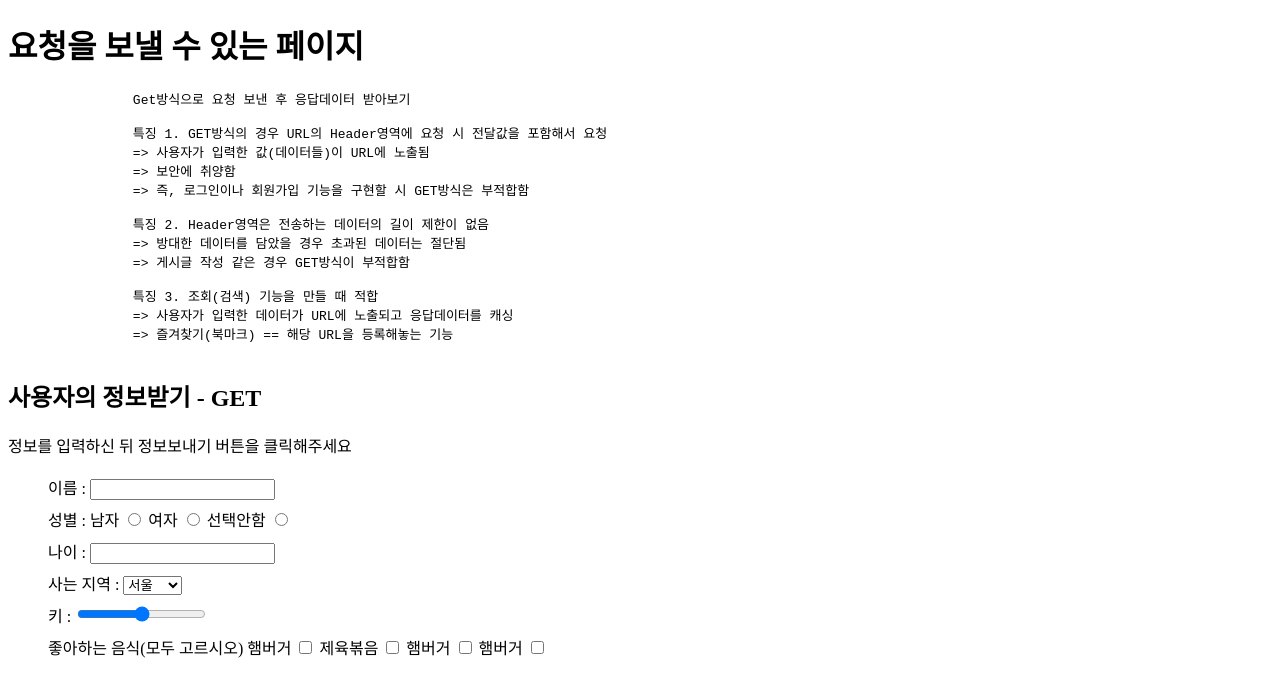
Repository: Simyoungdo04/dynamic-workspace
Page: FirstProject/src/main/webapp/views/request_get.html
An editor plug-in stored every save of this project. The page is shown before and after a run of saves, followed by the edit.
The browser window is 1280 px wide. The pictures show the whole page.

Above is the page before, as saved 2026-05-04 05:18:05.

### FirstProject/src/main/webapp/views/request_get.html
<!DOCTYPE html>
<html>
<head>
<meta charset="UTF-8">
<title>요청 페이지</title>
<style>
	ul{
		list-style: none;
		line-height: 200%;
	}
</style>
</head>
<body>
	<h1>요청을 보낼 수 있는 페이지</h1>

	<pre>
		Get방식으로 요청 보낸 후 응답데이터 받아보기

		특징 1. GET방식의 경우 URL의 Header영역에 요청 시 전달값을 포함해서 요청
		=> 사용자가 입력한 값(데이터들)이 URL에 노출됨
		=> 보안에 취양함
		=> 즉, 로그인이나 회원가입 기능을 구현할 시 GET방식은 부적합함

		특징 2. Header영역은 전송하는 데이터의 길이 제한이 없음
		=> 방대한 데이터를 담았을 경우 초과된 데이터는 절단됨
		=> 게시글 작성 같은 경우 GET방식이 부적합함

		특징 3. 조회(검색) 기능을 만들 때 적합
		=> 사용자가 입력한 데이터가 URL에 노출되고 응답데이터를 캐싱
		=> 즐겨찾기(북마크) == 해당 URL을 등록해놓는 기능
	</pre>

	<h2> 사용자의 정보받기 - GET </h2>
	<p>정보를 입력하신 뒤 정보보내기 버튼을 클릭해주세요</p>

	<form method="get">
		<ul>
			<li>
				이름 : <input type="text" name="name" />
			</li>
			<li>
				성별 :
				남자 <input type="radio" name="gender" value="남자"/>
				여자 <input type="radio" name="gender" value="여자"/>
				선택안함 <input type="radio" name="gender" value="선택 안 함"/>
			</li>
			<li>
				나이 : <input type="number" name="age"/>
			</li>
			<li>
				사는 지역 :
				<select name="city">
					<option>서울</option>
					<option value="제주도">제주도</option>
				</select>
			</li>
			<li>
				키 : <input type="range" min="130" max="220" name="height"/>
			</li>
			<li>
				좋아하는 음식(모두 고르시오)
				햄버거 <input type="checkbox"/>
				제육볶음 <input type="checkbox"/>
				햄버거 <input type="checkbox"/>
				햄버거 <input type="checkbox"/>
			</li>
			<li>

			</li>
		</ul>
	</form>





















</body>
</html>

After the next 3 saves:
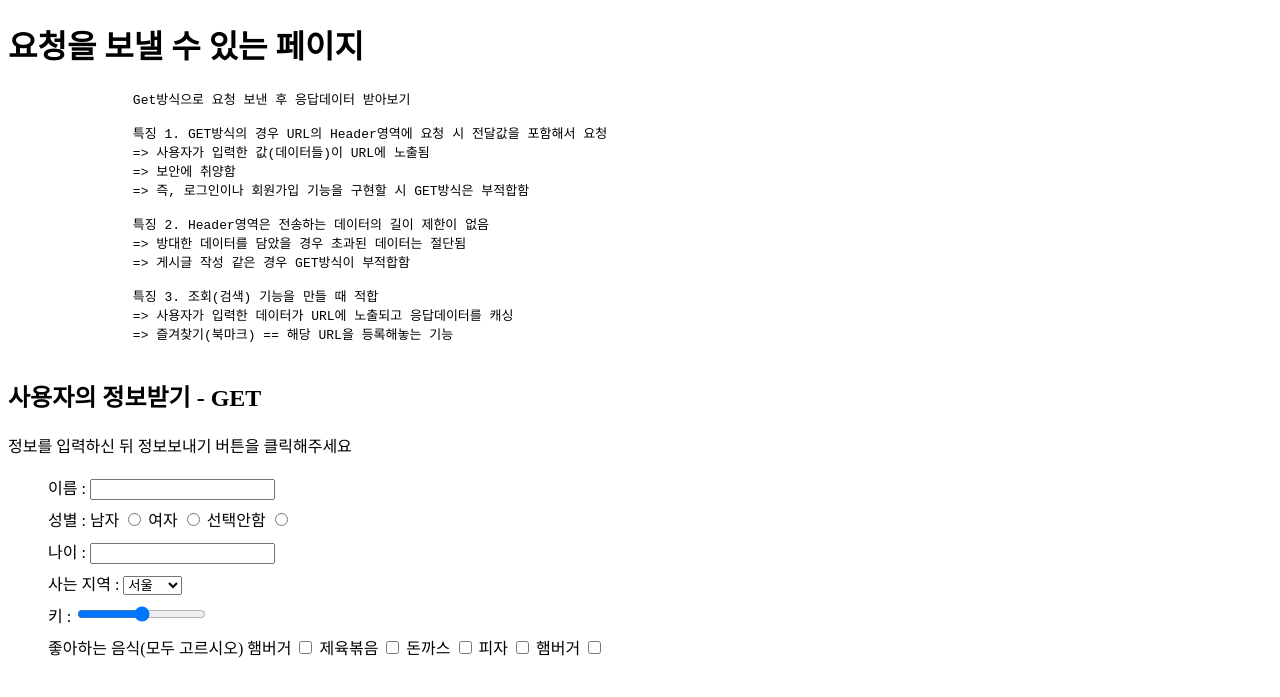
The 3 saves are shown as one change because they came seconds apart.
The last was saved 9 s later.
--- a/FirstProject/src/main/webapp/views/request_get.html
+++ b/FirstProject/src/main/webapp/views/request_get.html
@@ -61,7 +61,8 @@
 				좋아하는 음식(모두 고르시오)
 				햄버거 <input type="checkbox"/>
 				제육볶음 <input type="checkbox"/>
-				햄버거 <input type="checkbox"/>
+				돈까스 <input type="checkbox"/>
+				피자 <input type="checkbox"/>
 				햄버거 <input type="checkbox"/>
 			</li>
 			<li>
